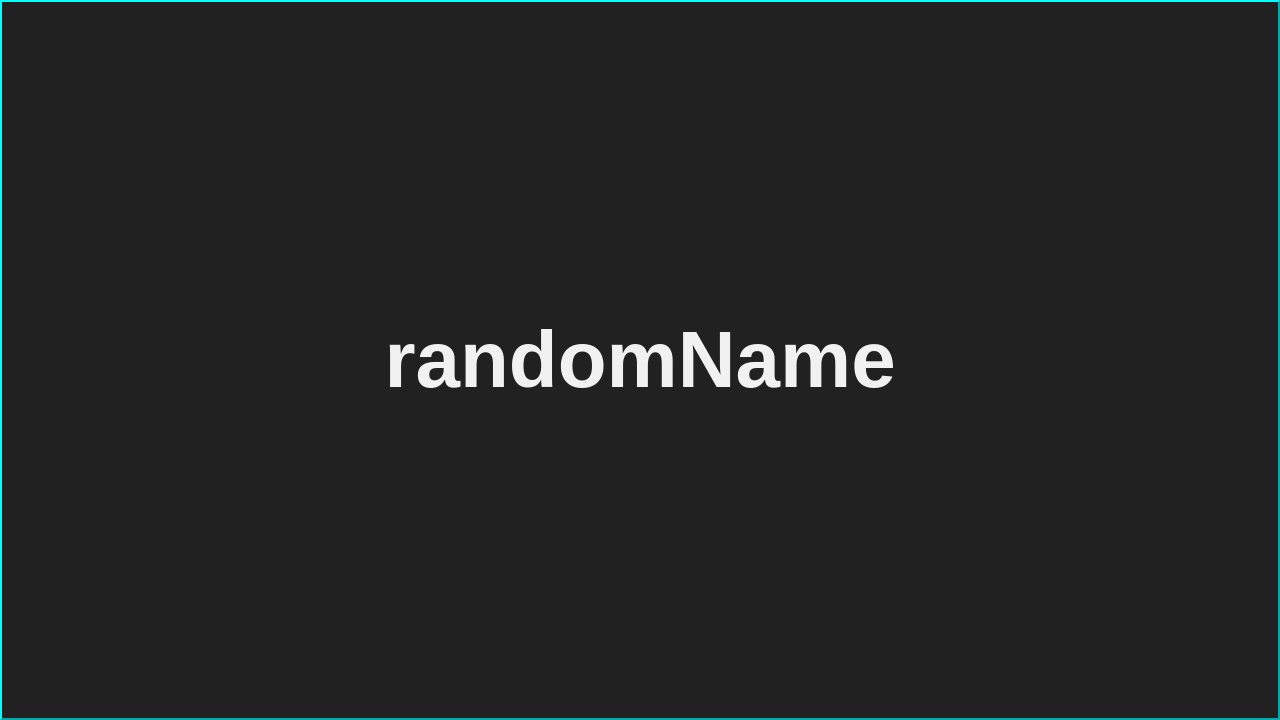
Repository: odiloalmeida/inever
Page: index.html
An editor plug-in stored every save of this project. The page is shown before and after the next save, followed by the edit.
The browser window is 1280 px wide. The pictures show the whole page.

Above is the page before, as saved 2023-01-31 19:56:25.

### index.html
<!DOCTYPE html>
<html lang="en">
<head>
    <meta charset="UTF-8">
    <meta http-equiv="X-UA-Compatible" content="IE=edge">
    <meta name="viewport" content="width=device-width, initial-scale=1.0">
    <link rel="stylesheet" href="./style.css">
    <title>18+ I Never</title>

</head>

<body>
    <button id="myButton" onclick="changeButtonName()">randomName</button>
</body>

<script>

    function changeButtonName() {
        console.log('Eu cliquei')
        var button = document.getElementById("myButton");
        var names = ["Submit", "Click Me", "Go", "Press", "Submit Now"];
        var randomName = names[Math.floor(Math.random() * names.length)];
        button.innerHTML = randomName;
    }

</script>

</html>

### style.css
* {
    padding: 0;
    margin: 0;
    box-sizing: border-box;
}

body {
    width: 100vw;
    height: 100vh;
    background-color: #212121;
    display: flex;
    flex-direction: column;
    align-items: center;
    justify-content: center;
}

button {
    background-color: transparent;
    height: 100vh;
    width: 100vw;
    border-color: aqua;
    color: #f1f1f1;
    font-weight: bold;
    font-size: 5rem;
}

After the next save:
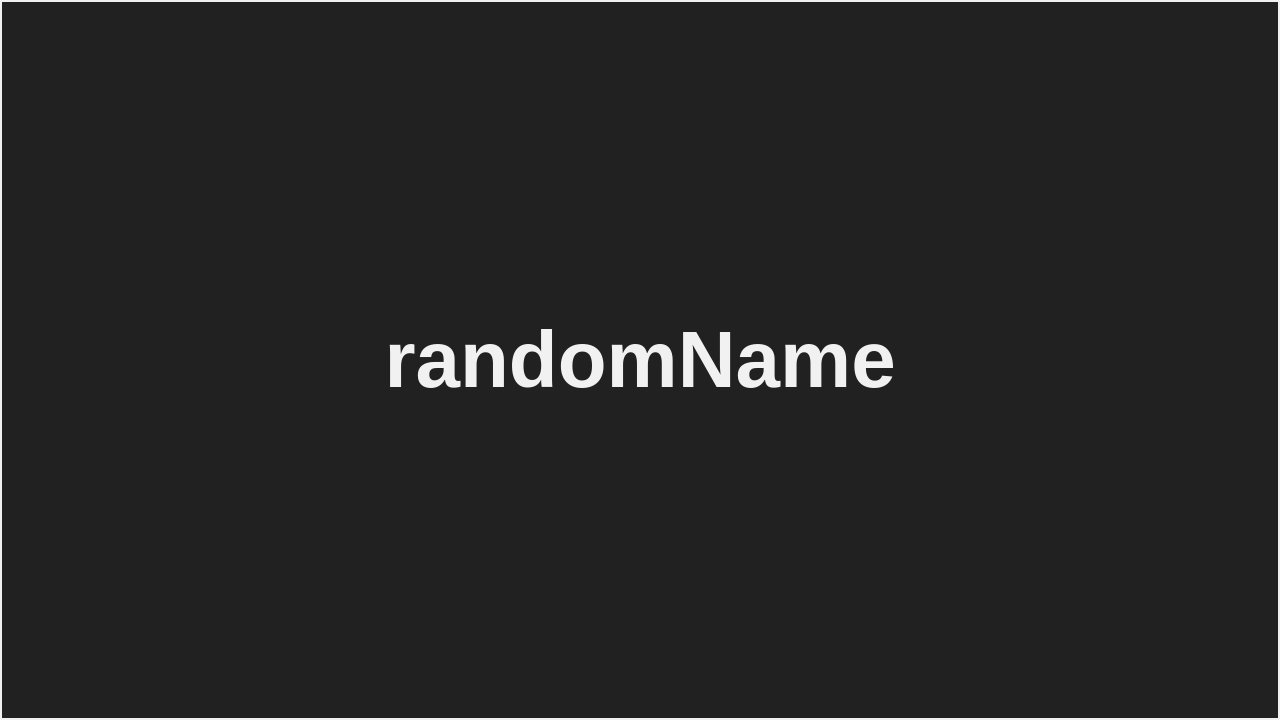
Saved 85 s later.
--- a/style.css
+++ b/style.css
@@ -18,7 +18,7 @@ button {
     background-color: transparent;
     height: 100vh;
     width: 100vw;
-    border-color: aqua;
+    border: #f1f1f1 2px solid;
     color: #f1f1f1;
     font-weight: bold;
     font-size: 5rem;
